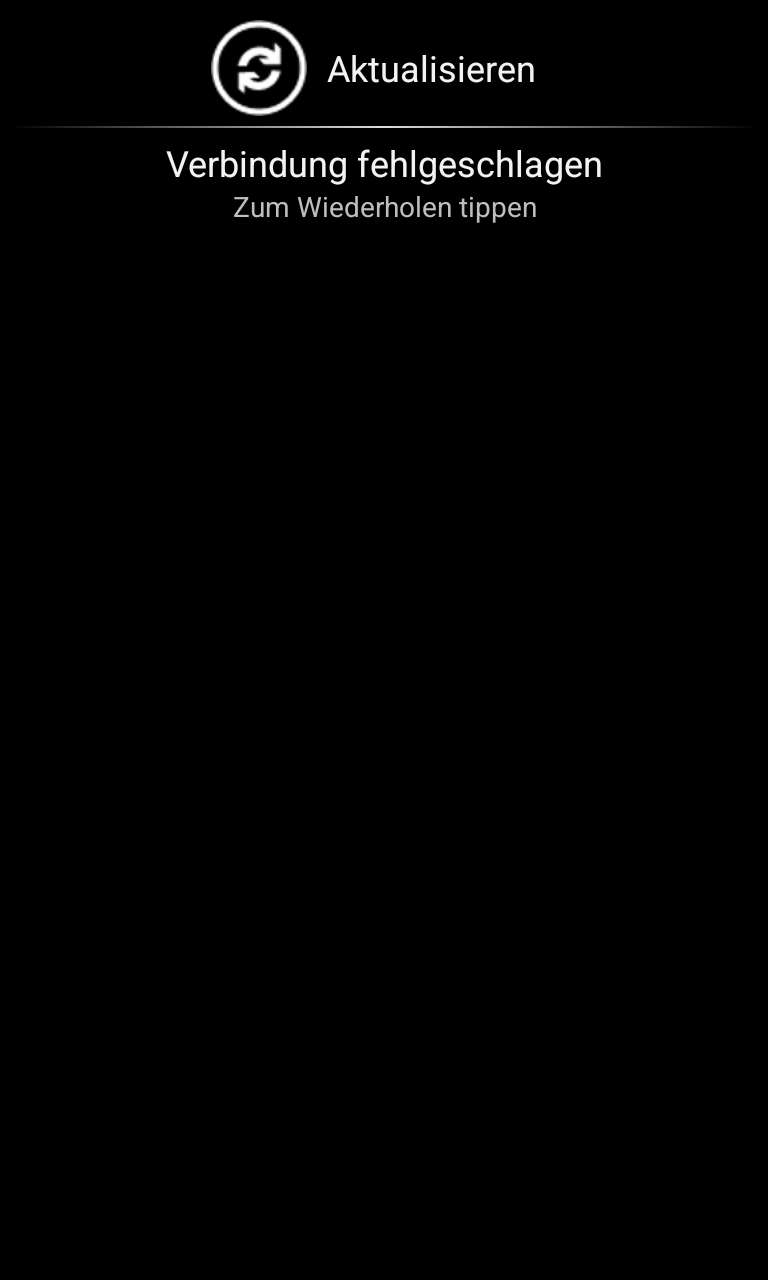
Repository: dwonisch/firefighterapp
Layout: FireFighter/res/layout/main.xml
An editor plug-in stored every save of this project. The layout is shown before and after a run of saves, followed by the edit.
It is drawn on a 768 x 1280 px phone screen (xhdpi) without system bars, with theme android:Theme.Holo; the app's code is not run. Lists and similar views that code fills are empty.

Above is the layout before, as saved 2012-10-11 18:48:23.

### FireFighter/res/layout/main.xml
<?xml version="1.0" encoding="utf-8"?>
<LinearLayout xmlns:android="http://schemas.android.com/apk/res/android"
    android:layout_width="wrap_content"
    android:layout_height="fill_parent"
    android:orientation="vertical" >

    <LinearLayout
        xmlns:android="http://schemas.android.com/apk/res/android"
        android:id="@+id/refresh"
        android:layout_width="wrap_content"
        android:layout_height="wrap_content"
        android:orientation="vertical"
        android:onClick="onRefresh"
        android:padding="5dp" >

        <LinearLayout
            android:layout_width="match_parent"
            android:layout_height="wrap_content"
            android:layout_gravity="center_vertical|center_horizontal"
            android:gravity="center"
            android:padding="5dp" >

            <ImageView
                android:layout_width="wrap_content"
                android:layout_height="wrap_content"
                android:layout_gravity="center_vertical|center_horizontal"
                android:contentDescription="Refresh"
                android:src="@drawable/refresh" />

            <TextView
                android:id="@+id/progress_Text"
                android:layout_width="wrap_content"
                android:layout_height="fill_parent"
                android:gravity="center_vertical|center_horizontal"
                android:padding="10dp"
                android:text="Aktualisieren"
                android:textAppearance="?android:attr/textAppearanceMedium" />
        </LinearLayout>

        <View
            android:layout_width="fill_parent"
            android:layout_height="1dp"
            android:background="@layout/gradient" />
    </LinearLayout>

    <LinearLayout
        android:id="@+id/connectionLost"
        android:layout_width="fill_parent"
        android:layout_height="fill_parent"
        android:layout_gravity="center_vertical|center_horizontal"
        android:gravity="bottom|center_horizontal|center_vertical|fill_vertical"
        android:orientation="vertical"
        android:onClick="onRefresh"
        >

        <TextView
            android:id="@+id/progress_Text"
            android:layout_width="fill_parent"
            android:layout_height="wrap_content"
            android:gravity="center_vertical|center_horizontal"
            android:text="Verbindung fehlgeschlagen"
            android:textAppearance="?android:attr/textAppearanceMedium" />

        <TextView
            android:id="@+id/progress_Text"
            android:layout_width="fill_parent"
            android:layout_height="wrap_content"
            android:gravity="center_vertical|center_horizontal"
            android:text="Zum Wiederholen tippen"
            android:textAppearance="?android:attr/textAppearanceSmall" />
    </LinearLayout>

    <LinearLayout
        android:id="@+id/progress"
        android:layout_width="match_parent"
        android:layout_height="wrap_content"
        android:padding="5dp" >

        <ProgressBar
            android:id="@+id/progressBar"
            android:layout_width="wrap_content"
            android:layout_height="wrap_content" />

        <TextView
            android:id="@+id/progress_Text"
            android:layout_width="wrap_content"
            android:layout_height="fill_parent"
            android:gravity="center_vertical|center_horizontal"
            android:padding="5dp"
            android:text="Einsätze werden geladen"
            android:textAppearance="?android:attr/textAppearanceMedium" />
    </LinearLayout>

    <ListView
        android:id="@+id/bookListView"
        android:layout_width="fill_parent"
        android:layout_height="fill_parent"
        android:divider="#ffffff" >
    </ListView>

</LinearLayout>

### FireFighter/res/layout/gradient.xml
<?xml version="1.0" encoding="utf-8"?>
<layer-list xmlns:android="http://schemas.android.com/apk/res/android">
   <item>
      <shape android:shape="rectangle">
    <gradient
        android:angle="180"
        android:centerColor="#DDDDDD"
        android:endColor="#000000"
        android:startColor="#000000"
        android:type="linear" />
      </shape>
   </item>
</layer-list>

After the next 2 saves:
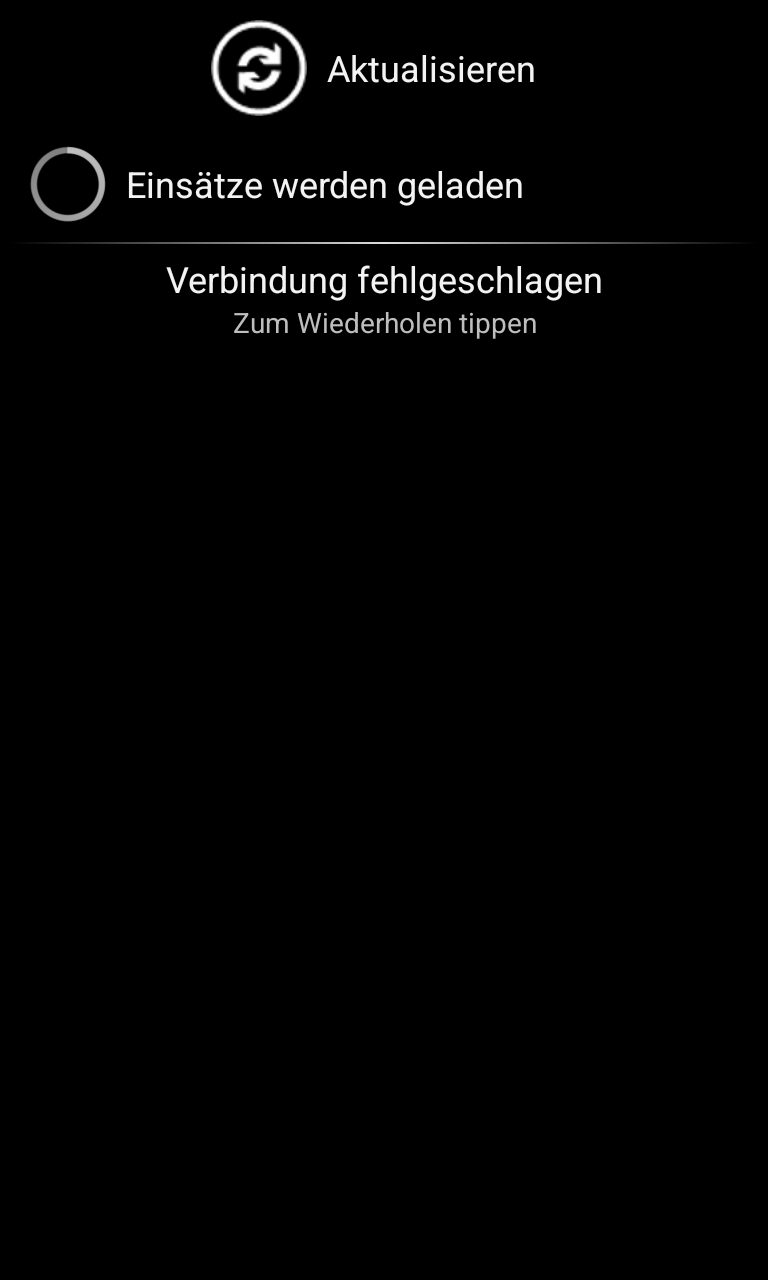
The 2 saves are shown as one change because they came seconds apart.
The last was saved 2 min 3 s later.
--- a/FireFighter/res/layout/main.xml
+++ b/FireFighter/res/layout/main.xml
@@ -9,8 +9,8 @@
         android:id="@+id/refresh"
         android:layout_width="wrap_content"
         android:layout_height="wrap_content"
+        android:onClick="onRefresh"
         android:orientation="vertical"
-        android:onClick="onRefresh"
         android:padding="5dp" >
 
         <LinearLayout
@@ -37,6 +37,27 @@
                 android:textAppearance="?android:attr/textAppearanceMedium" />
         </LinearLayout>
 
+        <LinearLayout
+            android:id="@+id/progress"
+            android:layout_width="match_parent"
+            android:layout_height="wrap_content"
+            android:padding="5dp" >
+
+            <ProgressBar
+                android:id="@+id/progressBar"
+                android:layout_width="wrap_content"
+                android:layout_height="wrap_content" />
+
+            <TextView
+                android:id="@+id/progress_Text"
+                android:layout_width="wrap_content"
+                android:layout_height="fill_parent"
+                android:gravity="center_vertical|center_horizontal"
+                android:padding="5dp"
+                android:text="Einsätze werden geladen"
+                android:textAppearance="?android:attr/textAppearanceMedium" />
+        </LinearLayout>
+
         <View
             android:layout_width="fill_parent"
             android:layout_height="1dp"
@@ -49,9 +70,8 @@
         android:layout_height="fill_parent"
         android:layout_gravity="center_vertical|center_horizontal"
         android:gravity="bottom|center_horizontal|center_vertical|fill_vertical"
-        android:orientation="vertical"
         android:onClick="onRefresh"
-        >
+        android:orientation="vertical" >
 
         <TextView
             android:id="@+id/progress_Text"
@@ -70,27 +90,6 @@
             android:textAppearance="?android:attr/textAppearanceSmall" />
     </LinearLayout>
 
-    <LinearLayout
-        android:id="@+id/progress"
-        android:layout_width="match_parent"
-        android:layout_height="wrap_content"
-        android:padding="5dp" >
-
-        <ProgressBar
-            android:id="@+id/progressBar"
-            android:layout_width="wrap_content"
-            android:layout_height="wrap_content" />
-
-        <TextView
-            android:id="@+id/progress_Text"
-            android:layout_width="wrap_content"
-            android:layout_height="fill_parent"
-            android:gravity="center_vertical|center_horizontal"
-            android:padding="5dp"
-            android:text="Einsätze werden geladen"
-            android:textAppearance="?android:attr/textAppearanceMedium" />
-    </LinearLayout>
-
     <ListView
         android:id="@+id/bookListView"
         android:layout_width="fill_parent"
